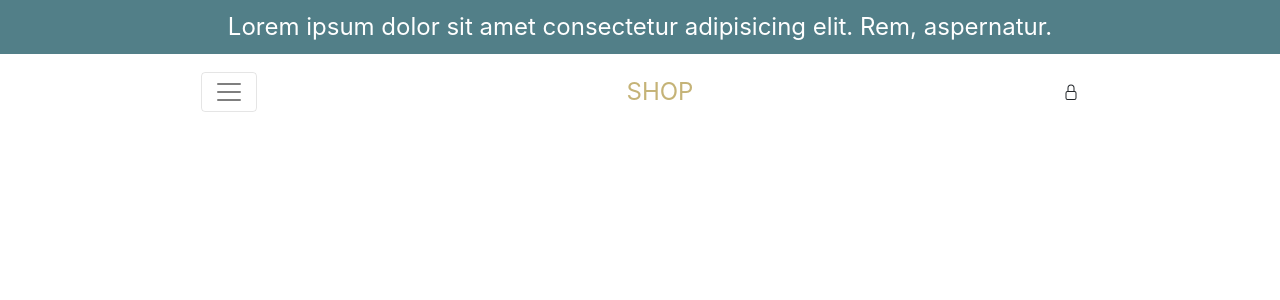
Repository: DaNiels89/frontendassignmentbogbootcamp
Page: index.html
These files come from the project's save history. The page is drawn as it stood at one moment and after the next save; the edit follows.
The browser window is 1280 px wide. The pictures show the whole page.

Above is the page before, as saved 2020-03-19 17:57:02.

### index.html
<!DOCTYPE html>
<html lang="en">
  <head>
    <meta charset="UTF-8" />
    <meta name="viewport" content="width=device-width, initial-scale=1.0" />
    <title>Front end Assignment - Carousel</title>
    <link
      rel="stylesheet"
      href="https://stackpath.bootstrapcdn.com/bootstrap/4.3.1/css/bootstrap.min.css"
      integrity="sha384-ggOyR0iXCbMQv3Xipma34MD+dH/1fQ784/j6cY/iJTQUOhcWr7x9JvoRxT2MZw1T"
      crossorigin="anonymous"
    />
    <link rel="stylesheet" href="css/styles.css" />
  </head>
  <body>
    <div class="promotion-bar">
      Lorem ipsum dolor sit amet consectetur adipisicing elit. Rem, aspernatur.
    </div>

    <div class="pos-f-t">
      <div class="collapse" id="navbarToggleExternalContent">
        <div class="bg-dark p-4">
          <h4 class="text-white">Collapsed content</h4>
          <span class="text-muted">Toggleable via the navbar brand.</span>
        </div>
      </div>
      <nav class="navbar navbar-light bg-white">
        <button
          class="navbar-toggler"
          type="button"
          data-toggle="collapse"
          data-target="#navbarToggleExternalContent"
          aria-controls="navbarToggleExternalContent"
          aria-expanded="false"
          aria-label="Toggle navigation"
        >
          <span class="navbar-toggler-icon"></span>
        </button>

        <div class="navbar-div">SHOP</div>

        <svg
          class="bi bi-lock"
          width="1em"
          height="1em"
          viewBox="0 0 16 16"
          fill="currentColor"
          xmlns="http://www.w3.org/2000/svg"
        >
          <path
            fill-rule="evenodd"
            d="M11.5 8h-7a1 1 0 00-1 1v5a1 1 0 001 1h7a1 1 0 001-1V9a1 1 0 00-1-1zm-7-1a2 2 0 00-2 2v5a2 2 0 002 2h7a2 2 0 002-2V9a2 2 0 00-2-2h-7zm0-3a3.5 3.5 0 117 0v3h-1V4a2.5 2.5 0 00-5 0v3h-1V4z"
            clip-rule="evenodd"
          />
        </svg>
      </nav>
    </div>

    <div class="carousel-div">
      <div class="get-image"><img src="" alt="" /></div>
    </div>
  </body>
</html>

### css/styles.css
* {
  box-sizing: border-box;
  margin: 0;
  padding: 0;
}

/* Promotion bar */
.promotion-bar {
  background-color: rgb(82, 127, 136);
  color: white;
  font-size: 1.5rem;
  text-align: center;
  width: 100%;
  height: auto;
  padding: 9px;
}

/* Navigation bar */
.navbar {
  width: 100%;
  display: flex;
  justify-content: space-around;
  margin: 10px 0;
}

.navbar-div {
  color: rgb(197, 179, 119);
  font-size: 1.5rem;
  text-align: center;
  align-items: center;
}

After the next save:
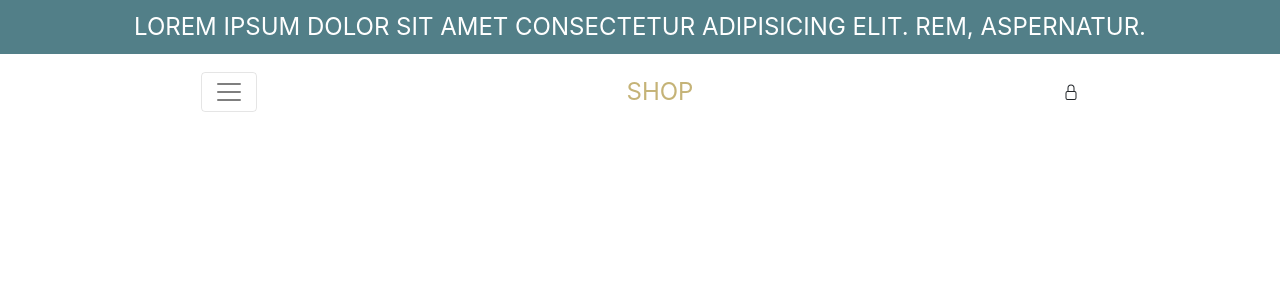
Saved 52 s later.
--- a/index.html
+++ b/index.html
@@ -14,7 +14,7 @@
   </head>
   <body>
     <div class="promotion-bar">
-      Lorem ipsum dolor sit amet consectetur adipisicing elit. Rem, aspernatur.
+      LOREM IPSUM DOLOR SIT AMET CONSECTETUR ADIPISICING ELIT. REM, ASPERNATUR.
     </div>
 
     <div class="pos-f-t">
